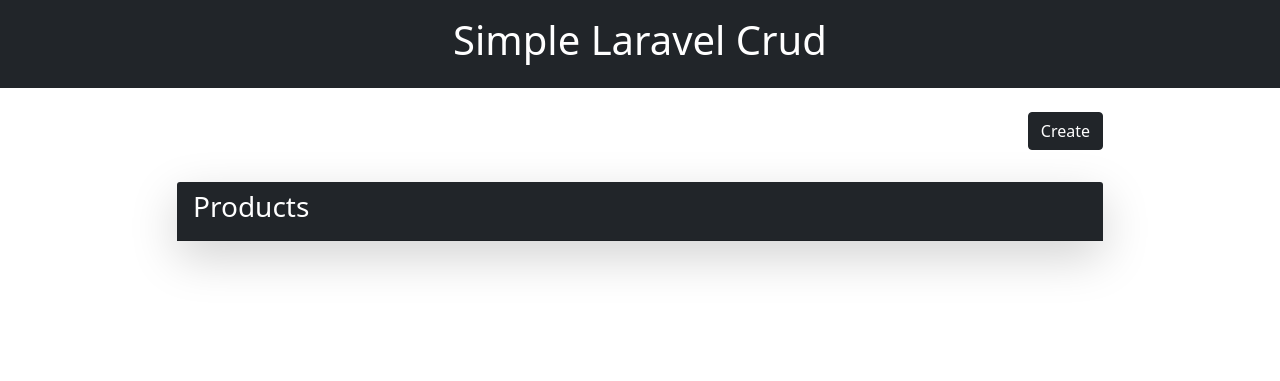
Repository: Muskan1Kumari4draw/Crud-in-Laravel
Page: http://localhost/products
The author's editor kept a copy of each file at every save. The page is drawn from the files as they stood at one save, then again after the next save.
The browser window is 1280 px wide. The pictures show the whole page.
The page is served by the project's Laravel application, run on PHP 8.4 with Laravel 12. Other server files are loaded and not shown. Queries for data that is not in the repository find no rows.

Above is the page before, as saved 2024-09-14 12:03:41.

### routes/web.php
<?php

use Illuminate\Support\Facades\Route;
use App\Http\Controllers\ProductController;

Route::get('/products', [ProductController::class, 'index'])->name('products.index');
Route::get('/products/create', [ProductController::class, 'create'])->name('products.create');
Route::post('/products', [ProductController::class, 'store'])->name('products.store');

### app/Http/Controllers/ProductController.php
<?php

namespace App\Http\Controllers;

use App\Models\Product;
use Illuminate\Http\Request;
use Illuminate\Support\Facades\Validator;

class ProductController extends Controller
{
    public function index()
    {
        $products = Product::orderBy('created_at', 'DESC')->get();
        return view('products.list',[
    'products' => $products]);
    }

    public function create()
    {
        return view('products.create');
    }

    public function store(Request $request)
    {
        $rules = [
            'name' => 'required|min:5',
            'sku' => 'required|min:3',
            'price' => 'required|numeric|min:1',
            // 'image' => 'required|image|mimes:jpg,jpeg,png|max:2048'
        ];
        //   Method 2
        if ($request->image != "") {
            $rules['image'] = 'image';
        }
        $validator = Validator::make($request->all(), $rules);

        if ($validator->fails()) {
            return redirect()->route('products.create')
                ->withErrors($validator)
                ->withInput();
        }

        // Databse
        $product = new Product();
        $product->name = $request->name;
        $product->sku = $request->sku;
        $product->price = $request->price;
        $product->description = $request->description;
        $product->save();
        if ($request->hasFile('image')) {
            $image = $request->file('image');

            $ext = $image->getClientOriginalExtension();
            $imageName = time() . '.' . $ext;

            // Correct the path by adding a slash between the folder and image name
            $image->move(public_path('uploads/products'), $imageName);

            // Save the image name in the database
            $product->image = $imageName;
            $product->save();
        }

        // For image

        // Method 1
        // if ($request->hasFile('image')) {
        //     $image = $request->file('image');
        //     $imagePath = $image->store('images', 'public'); // Store the image in 'public/images'
        //     $product->image = $imagePath;
        // }

        // Another method2

        //
        // Method 1
        // if ($product->save()) {
        //     return redirect()->route('products.index')->with('success', 'Product added successfully');
        // } else {
        //     dd('Error saving product'); // Debugging line
        // }


        // Another Way to redirect
        return redirect()->route('products.index')->with('success', ' Product added Successfully');
    }
    public function edit() {}
    public function update() {}
    public function destroy() {}
}

### resources/views/products/list.blade.php
<!doctype html>
<html lang="en">
  <head>
    <meta charset="utf-8">
    <meta name="viewport" content="width=device-width, initial-scale=1">
    <link href="https://cdn.jsdelivr.net/npm/bootstrap@5.0.2/dist/css/bootstrap.min.css" rel="stylesheet">
    <title>Laravel - Crud Operation</title>
  </head>
  <body>
    <div class="bg-dark py-3">
      <h1 class="text-white text-center">Simple Laravel Crud</h1>
    </div>

    <div class="container">
      <div class="row d-flex justify-content-center">
        <div class="col-md-10 d-flex justify-content-end mt-4">
            <a href="{{ route('products.create') }}" class="btn btn-dark">Create</a>
        </div>
        <div class="col-md-10 mt-2">
            @if(Session::has('success'))
            <div class="alert alert-success">
                {{ Session::get('success') }}
            </div>
        @endif

        </div>
        <div class="col-md-10">
          <div class="card border-0 shadow-lg my-4">
            <div class="card-header bg-dark">
              <h3 class="text-white">Products</h3>
            </div>

          </div>
        </div>
      </div>
    </div>

    <script src="https://cdn.jsdelivr.net/npm/bootstrap@5.0.2/dist/js/bootstrap.bundle.min.js"></script>
  </body>
</html>

Loaded but not shown: app/Http/Controllers/Controller.php (common file); app/Models/Product.php (common file)

After the next save:
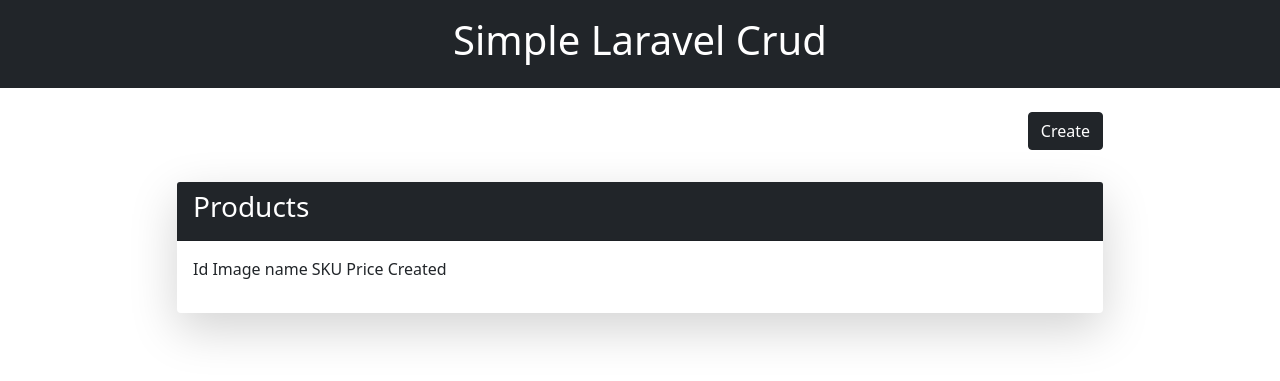
Saved 73 s later.
--- a/resources/views/products/list.blade.php
+++ b/resources/views/products/list.blade.php
@@ -29,7 +29,18 @@
             <div class="card-header bg-dark">
               <h3 class="text-white">Products</h3>
             </div>
-
+<div class="card-body">
+    <div class="table">
+        <tr>
+            <th>Id</th>
+            <th>Image</th>
+            <th>name</th>
+            <th>SKU</th>
+            <th>Price</th>
+            <th>Created</th>
+        </tr>
+    </div>
+</div>
           </div>
         </div>
       </div>
